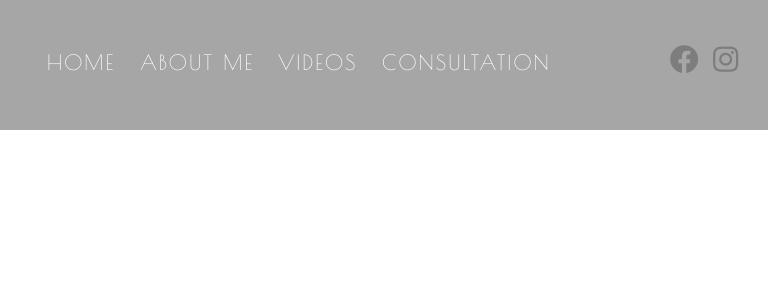
Repository: Aleksandre19/cv-ucmp
Page: index.html
The author's editor kept a record of every edit. The page is drawn from the files as they stood at one moment, then again after the next edit.
The browser window is 768 px wide. The pictures show the whole page.
Some web libraries are served in a nearby version.

Above is the page before.

### index.html
<!DOCTYPE html>
<html lang="en">

<head>
    <meta charset="UTF-8">
    <meta name="viewport" content="width=device-width, initial-scale=1.0">
    <meta http-equiv="X-UA-Compatible" content="ie=edge">
    <link rel="stylesheet" href="https://stackpath.bootstrapcdn.com/bootstrap/4.4.1/css/bootstrap.min.css" integrity="sha384-Vkoo8x4CGsO3+Hhxv8T/Q5PaXtkKtu6ug5TOeNV6gBiFeWPGFN9MuhOf23Q9Ifjh" crossorigin="anonymous">
    <link rel="stylesheet" href="https://cdnjs.cloudflare.com/ajax/libs/hover.css/2.3.1/css/hover-min.css" type="text/css" />
    <link rel="stylesheet" href="https://cdnjs.cloudflare.com/ajax/libs/font-awesome/5.11.2/css/all.min.css" type="text/css" />
    <link rel="stylesheet" href="assets/css/style.css" type="text/css" />
    <title>Document</title>
</head>

<body>

    <!-- All site wrapper div -->
    <div id="wrapper">

        <!-- HEADER -->
        <header class="container-fluid">
            <div class="row">

                <!-- TOP MAIN MENU -->
                <div class="col-10">
                    <nav>
                        <ul class="main-menu">
                            <li><a href="#" class="hvr-float ">home</a></li>
                            <li><a href="#" class="hvr-float">about me</a></li>
                            <li><a href="#" class="hvr-float">videos</a></li>
                            <li><a href="#" class="hvr-float">consultation</a></li>
                        </ul>
                    </nav>
                </div>
                <!-- / TOP MAIN MENU -->

                <!-- TOP SOCIAL LINKS -->
                <div class="col-2 social-links">
                    <!-- I use id sl-wrapper ro sipmly take right margin -->
                    <div id="sl-wrapper">
                        <a href="http://www.facebook.com" target="_blank"><i class="fab fa-facebook"></i></a>
                        <a href="http://www.instagram.com" target="_blank"><i class="fab fa-instagram"></i></a>
                    </div>
                </div>
                <!-- /TOP SOCIAL LINKS -->

            </div>
        </header>
        <!-- /HEADER -->

    </div>
    <!-- / All site wrapper div -->
</body>

</html>

### assets/css/style.css
@import url('https://fonts.googleapis.com/css?family=Poiret+One&display=swap');

html,body{
    height: 100%;
}

*{
    margin: 0;
    padding: 0;
    border: 0;
}

body{
    backgournd-color: #f6f6f6;
    font-size: 1em;

}

#wrapper{
    width: 100%;
    height:100%;
}






/* #################### HEADER ###################### */

header{
    height: 130px;
    background-color: rgba(0,0,0, 0.35);
    position: fixed;

}


/*  Main Menu */

.main-menu, .social-links a{ /* Aligning menu links and social icons on one line */
    line-height: 120px;
}

.main-menu{ /* Marging menu from left */
    margin-left: 2%;
}

.main-menu li{
    list-style: none;
    display: inline;
    margin-left: 20px;
}

.main-menu li a{
   font-family: "Poiret One";
   font-size: 0.5em;
   text-transform: uppercase;
   color: #fff;
   letter-spacing: 2px;
   transition: all 0.35s ease-in-out;
   -webkit-transition: all 0.35s ease-in-out;
   -moz-transition: all 0.35s ease-in-out;
   -o-transition: all 0.35s ease-in-out;
}

.main-menu li a:hover{
    text-decoration: none;
    color: #00dddb;
}

/* END Main Menu */

/* Social Links */

.social-links{ /* Aligning social links to right */
    text-align: right;
}


#sl-wrapper{ /* Marging social links from left */
    margin-right: 10%;
}

.social-links a{
    text-decoration: none;
    font-size: 1.414em;
    color: rgba(0,0,0, .25);
    margin: 0px 5px;
    transition: color 0.35s ease-in-out;
   -webkit-transition: color 0.35s ease-in-out;
   -moz-transition: color 0.35s ease-in-out;
   -o-transition: color 0.35s ease-in-out;

}


.social-links a:hover{
    color: rgba(0,219,221, 1);
}

/* END Social Links */





/* #################### END HEADER ################## */


/* ######## RESPONSIVE DESIGN ######### */

/* Responsive typography scale for mobile and tablet */

@media (max-width: 768px){ /* Adjusting menu links size on mobile and tablets */
    .main-menu li a{
       font-size: 1.3em;
     }

     .social-links a{ /* Adjusting social links size on tablet and mobile */
         font-size: 1.8em;
     }
}



/* ######## END RESPONSIVE DESIGN ################### */

After the next edit:
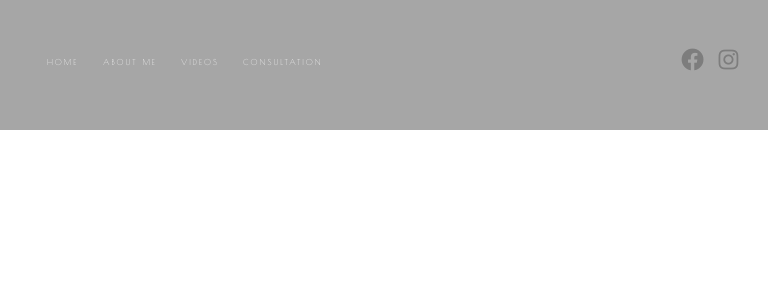
The edit:
--- a/assets/css/style.css
+++ b/assets/css/style.css
@@ -112,15 +112,6 @@
 
 /* Responsive typography scale for mobile and tablet */
 
-@media (max-width: 768px){ /* Adjusting menu links size on mobile and tablets */
-    .main-menu li a{
-       font-size: 1.3em;
-     }
-
-     .social-links a{ /* Adjusting social links size on tablet and mobile */
-         font-size: 1.8em;
-     }
-}
 
 
 
